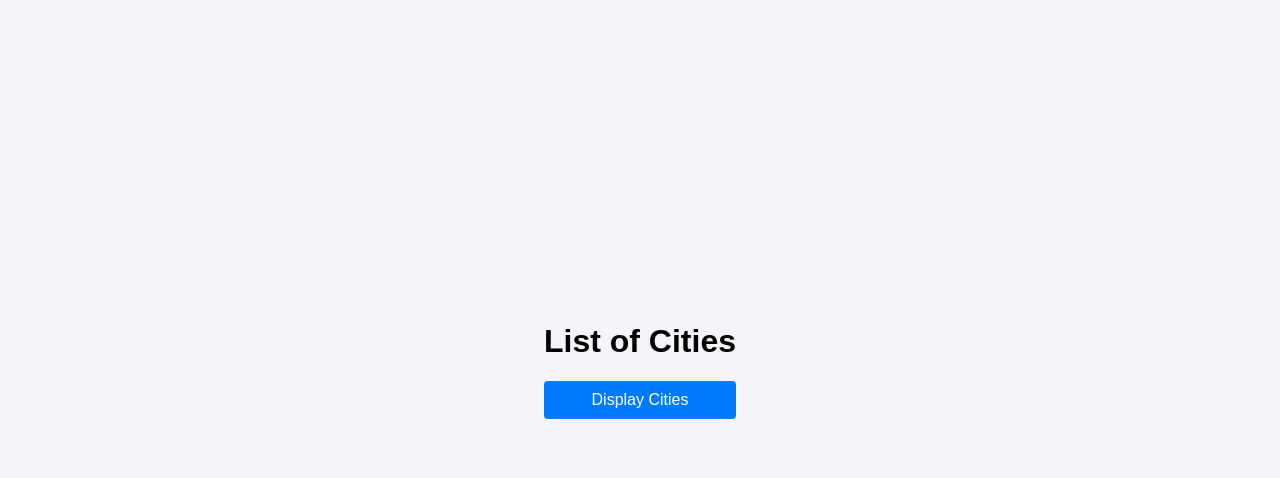
Repository: masonma21/city-list-app
Page: /
An editor plug-in stored every save of this project. The page is shown before and after a run of saves, followed by the edit.
The browser window is 1280 px wide. The pictures show the whole page.
The project was rebuilt for these pictures with package versions that can differ from the ones it lists, and the page was loaded fresh each time.

Above is the page before, as saved 2024-11-05 14:54:16.

### src/App.js
import React, { useState, useEffect } from 'react';
import './App.css';

function App() {
  const [cities, setCities] = useState([]);
  const [loading, setLoading] = useState(false);
  const [showCities, setShowCities] = useState(false);
  const [query, setQuery] = useState('');
  const [sortKey, setSortKey] = useState('name');
  const [sortDirection, setSortDirection] = useState('ascending');

  const handleDisplayCities = () => {
    setLoading(true);
    setShowCities(false);
    fetch('https://roots.thecompernolles.com/cities.json')
      .then((response) => response.json())
      .then((data) => {
        setCities(data);
        setTimeout(() => {
          setLoading(false);
          setShowCities(true);
        }, 500);
      })
      .catch((error) => {
        console.error('Error fetching cities:', error);
        setLoading(false);
      });
  };

  const filteredCities = React.useMemo(() => {
    return cities.filter((city) => {
      return (
        city.name.toLowerCase().includes(query.toLowerCase()) ||
        city.state.toLowerCase().includes(query.toLowerCase())
      );
    });
  }, [cities, query]);

  const sortedCities = React.useMemo(() => {
    let sortableCities = [...filteredCities];
    sortableCities.sort((a, b) => {
      const aKey = a[sortKey].toLowerCase();
      const bKey = b[sortKey].toLowerCase();
      if (aKey < bKey) {
        return sortDirection === 'ascending' ? -1 : 1;
      }
      if (aKey > bKey) {
        return sortDirection === 'ascending' ? 1 : -1;
      }
      return 0;
    });
    return sortableCities;
  }, [filteredCities, sortKey, sortDirection]);

  if (loading) {
    return (
      <div className="loading-screen">
        <div className="spinner"></div>
        <h2>Loading cities...</h2>
      </div>
    );
  }

  return (
    <div className="app-container">
      {!showCities && (
        <div className="intro-container">
          <h1 className="intro-title">List of Cities</h1>
          <button className="display-button" onClick={handleDisplayCities}>
            Display Cities
          </button>
        </div>
      )}

      {showCities && (
        <div className="content-container">
          <div className="controls">
            <h1>List of Cities</h1>
            <input
              type="text"
              placeholder="Filter cities"
              value={query}
              onChange={(e) => setQuery(e.target.value)}
            />

            <div className="sort-key">
              <label>
                <input
                  type="radio"
                  value="name"
                  checked={sortKey === 'name'}
                  onChange={(e) => setSortKey(e.target.value)}
                />
                Name
              </label>
              <label>
                <input
                  type="radio"
                  value="state"
                  checked={sortKey === 'state'}
                  onChange={(e) => setSortKey(e.target.value)}
                />
                State
              </label>
            </div>

            <button onClick={() => setSortDirection(sortDirection === 'ascending' ? 'descending' : 'ascending')}>
              Sort {sortDirection === 'ascending' ? 'Descending' : 'Ascending'}
            </button>
          </div>

          <ul className="city-list">
            {sortedCities.map((city) => (
              <li key={city.id}>
                {city.name}, {city.state}
              </li>
            ))}
          </ul>
        </div>
      )}
    </div>
  );
}

export default App;

### src/App.css
/* App.css */

body {
  font-family: Arial, sans-serif;
  background-color: #f4f4f9;
  margin: 0;
  display: flex;
  align-items: center;
  justify-content: center;
  height: 100vh;
}

.app-container {
  text-align: center;
}

.loading-screen {
  display: flex;
  justify-content: center;
  align-items: center;
  height: 100vh;
  font-size: 24px;
  color: #007bff;
  background-color: #f4f4f9;
}

.spinner {
  width: 50px;
  height: 50px;
  border: 6px solid #f3f3f3;
  border-top: 6px solid #007bff;
  border-radius: 50%;
  animation: spin 1s linear infinite;
  margin-bottom: 20px;
}

@keyframes spin {
  0% {
    transform: rotate(0deg);
  }
  100% {
    transform: rotate(360deg);
  }
}

.content-container {
  display: flex;
  gap: 30px;
  max-width: 800px;
  background-color: #ffffff;
  padding: 30px;
  border-radius: 12px;
  box-shadow: 0 4px 8px rgba(0, 0, 0, 0.15);
}

.controls {
  flex: 1;
  display: flex;
  flex-direction: column;
  justify-content: center;
  gap: 15px;
}

.controls h1 {
  font-size: 24px;
  color: #333;
  margin-bottom: 10px;
  text-align: left;
}

input[type="text"] {
  width: 100%;
  padding: 10px 12px;
  font-size: 16px;
  border: 1px solid #ccc;
  border-radius: 4px;
  margin-bottom: 10px;
}

.sort-key {
  display: flex;
  gap: 10px;
  font-size: 16px;
}

.sort-key label {
  color: #555;
}

button {
  padding: 10px;
  font-size: 16px;
  color: #ffffff;
  background-color: #007bff;
  border: none;
  border-radius: 4px;
  cursor: pointer;
  transition: background-color 0.3s ease;
  width: 100%;
}

button:hover {
  background-color: #0056b3;
}

.city-list {
  flex: 1;
  display: flex;
  flex-direction: column;
  justify-content: center;
  padding-left: 20px;
  list-style-type: none; /* Removes bullet points */
}

.city-list li {
  font-size: 18px;
  color: #333333;
  padding: 8px 0;
  border-bottom: 1px solid #eee;
  text-align: left;
}

.city-list li:last-child {
  border-bottom: none;
}

.display-button {
  padding: 10p
}

Loaded but not shown: public/index.html (common file); src/index.js (common file); src/index.css (common file); src/reportWebVitals.js (common file)

After the next 2 saves:
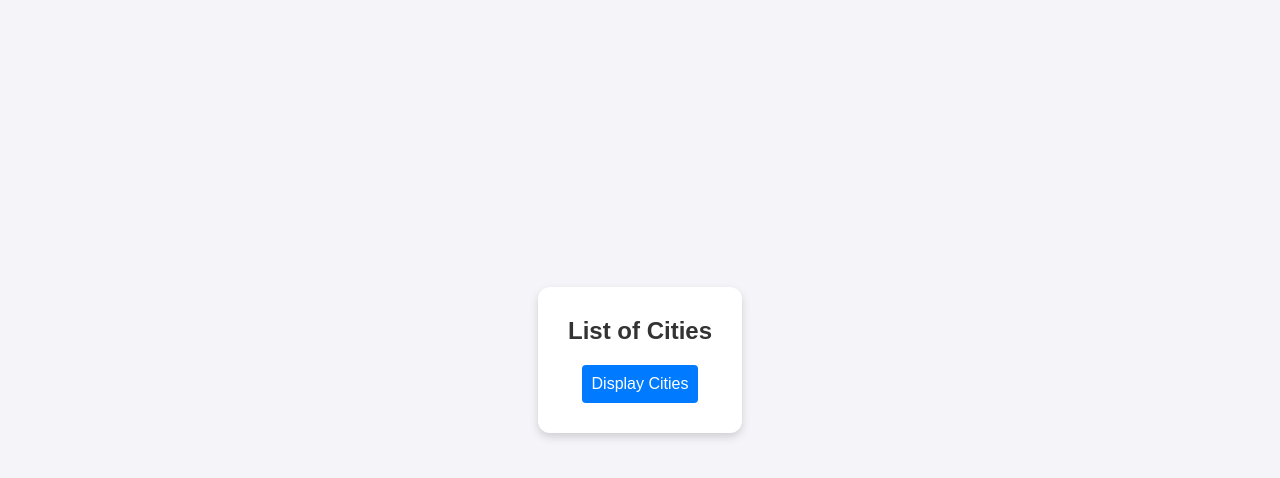
The 2 saves are shown as one change because they came seconds apart.
The last was saved 12 s later.
--- a/src/App.css
+++ b/src/App.css
@@ -12,6 +12,23 @@ body {
 
 .app-container {
   text-align: center;
+}
+
+.intro-container {
+  display: flex;
+  flex-direction: column;
+  align-items: center;
+  gap: 20px;
+  background-color: #ffffff;
+  padding: 30px;
+  border-radius: 12px;
+  box-shadow: 0 4px 8px rgba(0, 0, 0, 0.15);
+}
+
+.intro-title {
+  font-size: 24px;
+  color: #333333;
+  margin: 0;
 }
 
 .loading-screen {
@@ -94,36 +111,5 @@ button {
   background-color: #007bff;
   border: none;
   border-radius: 4px;
-  cursor: pointer;
-  transition: background-color 0.3s ease;
-  width: 100%;
+  cursor:
 }
-
-button:hover {
-  background-color: #0056b3;
-}
-
-.city-list {
-  flex: 1;
-  display: flex;
-  flex-direction: column;
-  justify-content: center;
-  padding-left: 20px;
-  list-style-type: none; /* Removes bullet points */
-}
-
-.city-list li {
-  font-size: 18px;
-  color: #333333;
-  padding: 8px 0;
-  border-bottom: 1px solid #eee;
-  text-align: left;
-}
-
-.city-list li:last-child {
-  border-bottom: none;
-}
-
-.display-button {
-  padding: 10p
-}
